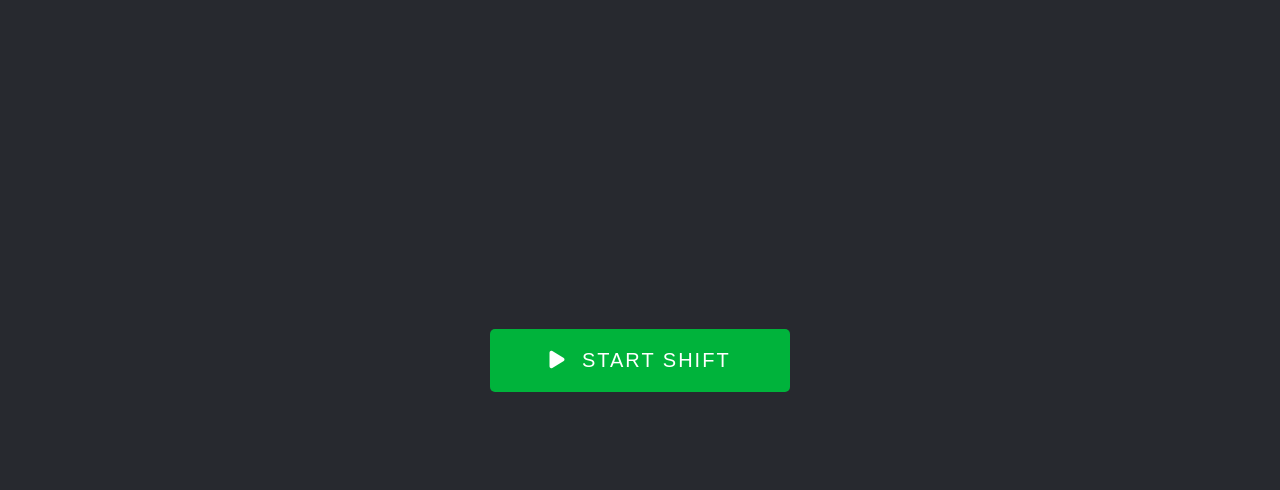
Repository: Philip-Rogers/button-state
Page: index.html
The author's editor kept a copy of each file at every save. The page is drawn from the files as they stood at one save, then again after the next save.
The browser window is 1280 px wide. The pictures show the whole page.

Above is the page before, as saved 2024-08-14 21:16:38.

After the next save:
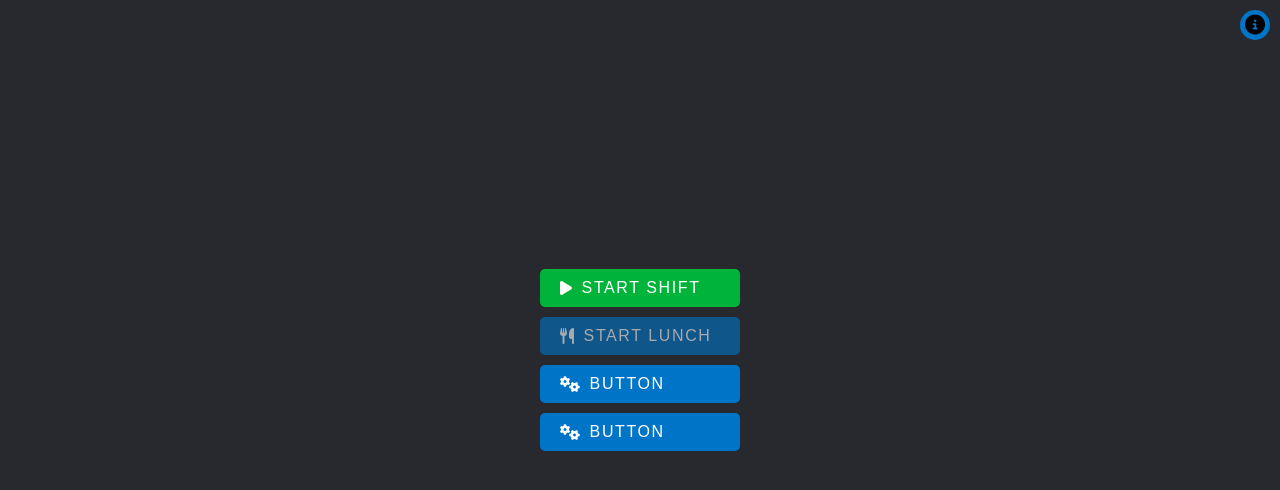
Saved 115 s later.
--- a/index.html
+++ b/index.html
@@ -4,7 +4,7 @@
 <head>
     <meta charset="UTF-8">
     <meta name="viewport" content="width=device-width, initial-scale=1.0">
-    <title>Shift Toggle Button</title>
+    <title>Shift and Lunch Toggle Buttons</title>
     <link rel="stylesheet" href="index.css">
     <link rel="stylesheet" href="https://cdnjs.cloudflare.com/ajax/libs/font-awesome/6.5.1/css/all.min.css"
         integrity="sha512-DTOQO9RWCH3ppGqcWaEA1BIZOC6xxalwEsw9c2QQeAIftl+Vegovlnee1c9QX4TctnWMn13TZye+giMm8e2LwA=="
@@ -13,21 +13,130 @@
 
 <body>
 
-    <!-- Button Element -->
-    <button id="shiftButton" onclick="toggleShift()"><i class="fa fa-play"></i> Start Shift</button>
+    <!-- Info Icon to trigger modal -->
+    <div style="position: fixed; top: 10px; right: 10px;">
+        <i class="fa fa-info-circle" id="infoIcon"></i>
+    </div>
+
+    <!-- Modal -->
+    <div id="infoModal" class="modal">
+
+        <div class="modal-content">
+            <span class="close">&times;</span>
+            <h2>Button Information</h2>
+            <p><strong>Start Shift:</strong> Lorem ipsum dolor sit amet, consectetur adipiscing elit. Sed do eiusmod
+                tempor incididunt ut labore et dolore magna aliqua.</p>
+            <p><strong>Start Lunch:</strong> Lorem ipsum dolor sit amet, consectetur adipiscing elit. Sed do eiusmod
+                tempor incididunt ut labore et dolore magna aliqua.</p>
+            <p><strong>Button 1:</strong> Lorem ipsum dolor sit amet, consectetur adipiscing elit. Sed do eiusmod
+                tempor
+                incididunt ut labore et dolore magna aliqua.</p>
+            <p><strong>Button 2:</strong> Lorem ipsum dolor sit amet, consectetur adipiscing elit. Sed do eiusmod
+                tempor
+                incididunt ut labore et dolore magna aliqua.</p>
+        </div>
+
+    </div>
+
+    <!-- Container to hold all buttons -->
+    <div class="button-container">
+        <!-- Shift Button -->
+        <button id="shiftButton" class="toggle-button" onclick="toggleShift()">
+            <i class="fa fa-play"></i> Start Shift
+        </button>
+
+        <!-- Lunch Button -->
+        <button id="lunchButton" class="toggle-button" onclick="toggleLunch()" disabled>
+            <i class="fa fa-utensils"></i> Start Lunch
+        </button>
+
+        <!-- Placeholder Button 1 -->
+        <button id="placeholderButton1" class="toggle-button">
+            <i class="fa fa-cogs"></i> Button
+        </button>
+
+        <!-- Placeholder Button 2 -->
+        <button id="placeholderButton2" class="toggle-button">
+            <i class="fa fa-cogs"></i> Button
+        </button>
+    </div>
 
     <script>
-        // Function to toggle the button text and color
+        // Modal script
+        var modal = document.getElementById("infoModal");
+        var btn = document.getElementById("infoIcon");
+        var span = document.getElementsByClassName("close")[0];
+
+        // When the user clicks on the icon, open the modal
+        btn.onclick = function () {
+            modal.style.display = "block";
+        }
+
+        // When the user clicks on <span> (x), close the modal
+        span.onclick = function () {
+            modal.style.display = "none";
+        }
+
+        // When the user clicks anywhere outside of the modal, close it
+        window.onclick = function (event) {
+            if (event.target == modal) {
+                modal.style.display = "none";
+            }
+        }
+
+        let shiftState = 'start'; // Tracks the state of the Shift button
+        let lunchState = 'start'; // Tracks the state of the Lunch button
+
+        // Function to toggle the Shift button text and color
         function toggleShift() {
-            const button = document.getElementById('shiftButton');
+            const shiftButton = document.getElementById('shiftButton');
+            const lunchButton = document.getElementById('lunchButton');
 
-            // Check the current state and toggle
-            if (button.innerHTML.includes('Start Shift')) {
-                button.innerHTML = '<i class="fa fa-stop"></i> Stop Shift';
-                button.style.backgroundColor = 'hsl(354, 70%, 54%)'; // Red for Stop Shift
+            if (shiftState === 'start') {
+                shiftButton.innerHTML = '<i class="fa fa-stop"></i> Stop Shift';
+                shiftButton.style.backgroundColor = 'hsl(354, 70%, 54%)'; // Red for Stop Shift
+                shiftState = 'stop';
+                lunchButton.disabled = false; // Enable the Lunch button when Shift is started
+                lunchButton.style.backgroundColor = 'hsl(140, 100%, 35%)'; // Change background color to green
             } else {
-                button.innerHTML = '<i class="fa fa-play"></i> Start Shift';
-                button.style.backgroundColor = 'hsl(140, 100%, 35%)'; // Green for Start Shift
+                // Revert all buttons to their default state
+                shiftButton.innerHTML = '<i class="fa fa-play"></i> Start Shift';
+                shiftButton.style.backgroundColor = 'hsl(140, 100%, 35%)'; // Green for Start Shift
+                shiftState = 'start';
+                lunchButton.disabled = true; // Disable the Lunch button when Shift is stopped
+                lunchButton.innerHTML = '<i class="fa fa-utensils"></i> Start Lunch'; // Reset Lunch button text
+                lunchButton.style.backgroundColor = 'hsl(205, 100%, 39%)'; // Reset Lunch button color
+                lunchState = 'start'; // Reset Lunch button state
+            }
+        }
+
+        // Function to toggle the Lunch button text and color
+        function toggleLunch() {
+            const shiftButton = document.getElementById('shiftButton');
+            const lunchButton = document.getElementById('lunchButton');
+
+            if (lunchState === 'start') {
+                lunchButton.innerHTML = '<i class="fa fa-stop"></i> Stop Lunch';
+                lunchButton.style.backgroundColor = 'hsl(354, 70%, 54%)'; // Red for Stop Lunch
+
+                if (shiftState === 'stop') {
+                    shiftButton.style.backgroundColor =
+                        'hsl(354, 70%, 44%)'; // Darkened red for Stop Shift when disabled
+                    shiftButton.disabled = true; // Disable the Stop Shift button
+                }
+
+                lunchState = 'stop';
+            } else {
+                lunchButton.innerHTML = '<i class="fa fa-utensils"></i> Start Lunch';
+                lunchButton.style.backgroundColor = 'hsl(205, 100%, 39%)'; // Blue background for Stop Lunch
+                lunchButton.disabled = true; // Disable the Stop Lunch button
+
+                if (shiftState === 'stop') {
+                    shiftButton.style.backgroundColor = 'hsl(354, 70%, 54%)'; // Restore the red color for Stop Shift
+                    shiftButton.disabled = false; // Re-enable the Stop Shift button
+                }
+
+                lunchState = 'start';
             }
         }
     </script>
